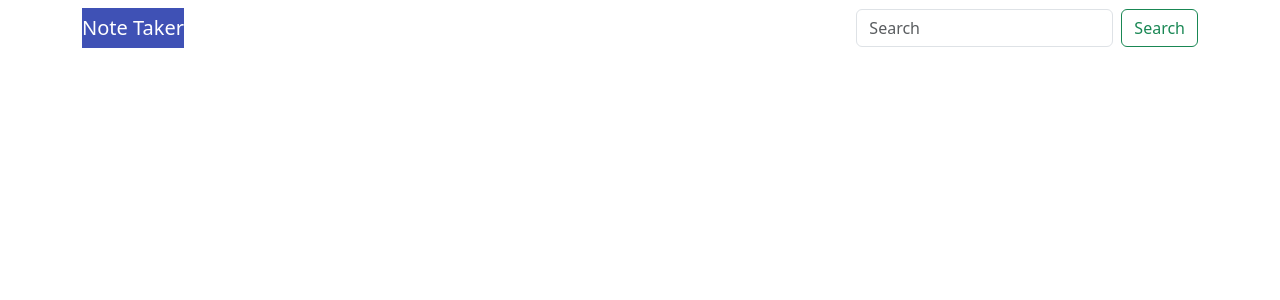
Repository: ArbabAdnan/hibernate
Page: http://localhost/NoteTaker/
These files come from the project's save history. The page is drawn as it stood at one moment and after the next save; the edit follows.
The browser window is 1280 px wide. The pictures show the whole page.
The page is served by Tomcat 9. Other server files are loaded and not shown.

Above is the page before, as saved 2023-02-11 14:08:38.

### NoteTaker/src/main/webapp/index.jsp
<!doctype html>
<html lang="en">
  <head>
    <meta charset="utf-8">
    <meta name="viewport" content="width=device-width, initial-scale=1">
    <title>NoteTaker</title>
    <link href="https://cdn.jsdelivr.net/npm/bootstrap@5.3.0-alpha1/dist/css/bootstrap.min.css" rel="stylesheet" integrity="sha384-GLhlTQ8iRABdZLl6O3oVMWSktQOp6b7In1Zl3/Jr59b6EGGoI1aFkw7cmDA6j6gD" crossorigin="anonymous">
    <link href ="css/style.css" rel="stylesheet" />
  </head>
  <body>

    <div class="container">
    	<%@include file="navbar.jsp" %>
    </div>


    <script src="https://cdn.jsdelivr.net/npm/bootstrap@5.3.0-alpha1/dist/js/bootstrap.bundle.min.js" integrity="sha384-w76AqPfDkMBDXo30jS1Sgez6pr3x5MlQ1ZAGC+nuZB+EYdgRZgiwxhTBTkF7CXvN" crossorigin="anonymous"></script>
  </body>
</html>

### NoteTaker/src/main/webapp/navbar.jsp
<nav class="navbar navbar-expand-lg navbar-dark a">

    <a class="navbar-brand" href="#">Note Taker</a>
    <button class="navbar-toggler" type="button" data-bs-toggle="collapse" data-bs-target="#navbarSupportedContent" aria-controls="navbarSupportedContent" aria-expanded="false" aria-label="Toggle navigation">
      <span class="navbar-toggler-icon"></span>
    </button>
    <div class="collapse navbar-collapse" id="navbarSupportedContent">
      <ul class="navbar-nav me-auto mb-2 mb-lg-0">
        <li class="nav-item">
          <a class="nav-link active" aria-current="page" href="#">Home</a>
        </li>
        <li class="nav-item">
          <a class="nav-link" href="#">Added Note</a>
        </li>

        <li class="nav-item">
          <a class="nav-link ">Show Notes</a>
        </li>
      </ul>
      <form class="d-flex" role="search">
        <input class="form-control me-2" type="search" placeholder="Search" aria-label="Search">
        <button class="btn btn-outline-success" type="submit">Search</button>
      </form>
    </div>

</nav>

### NoteTaker/src/main/webapp/css/style.css
a{
	background: #3f51b5;
}

After the next save:
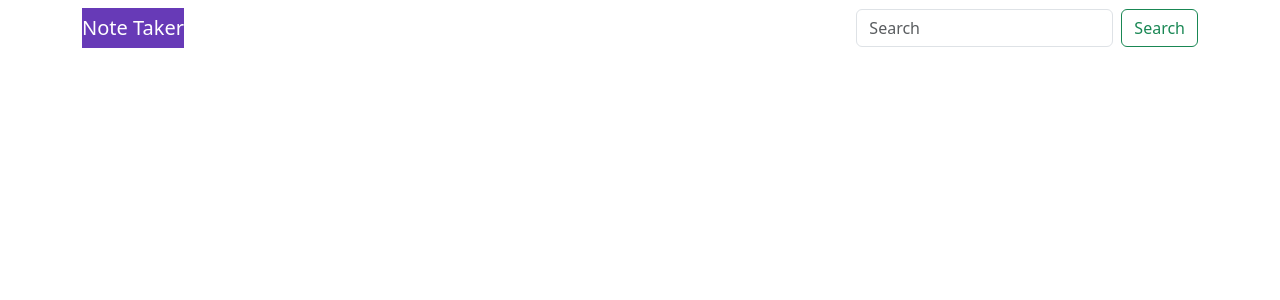
Saved 52 s later.
--- a/NoteTaker/src/main/webapp/css/style.css
+++ b/NoteTaker/src/main/webapp/css/style.css
@@ -1,3 +1,3 @@
 a{
-	background: #3f51b5;
+	background: #673ab7;
 }
